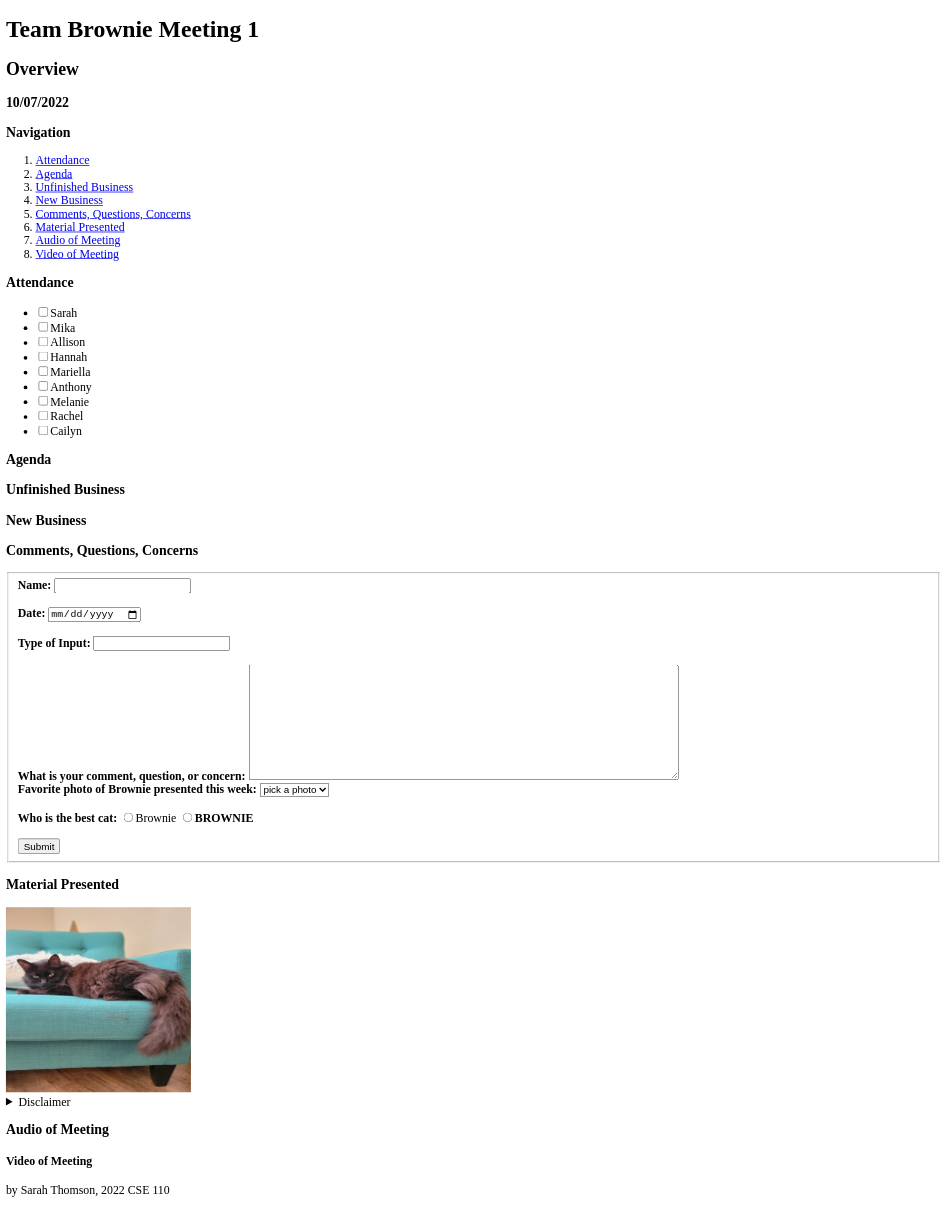
Repository: sarahtthomson/fa22-cse110-lab3
Page: index.html
These files come from the project's save history. The page is drawn as it stood at one moment and after the next save; the edit follows.
The browser window is 1280 px wide. The pictures show the whole page, at 74% of full size.

Above is the page before, as saved 2022-10-08 19:05:28.

After the next save:
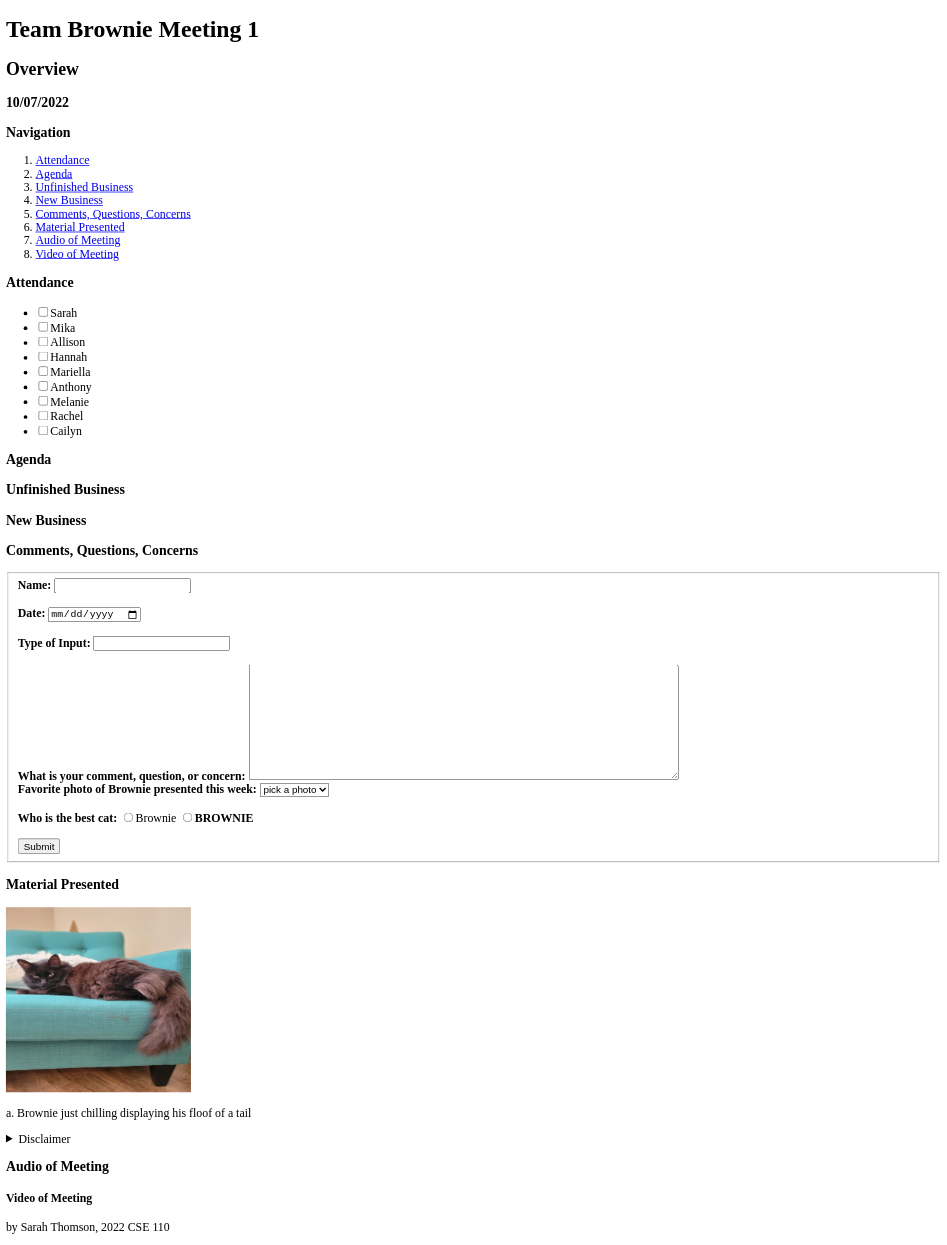
Saved 4 min 32 s later.
--- a/index.html
+++ b/index.html
@@ -96,6 +96,7 @@
             <div class="Material" id="Material">
                 <h3>Material Presented</h3>
                 <img height="250" width="250" src="cat.jpg">
+                <p>a. Brownie just chilling displaying his floof of a tail</p>
                 <details><summary>Disclaimer</summary>There are only 5 photos of the week because Brownie will not work on weekends</details>
             </div>
             <div class="Audio" id="Audio">
